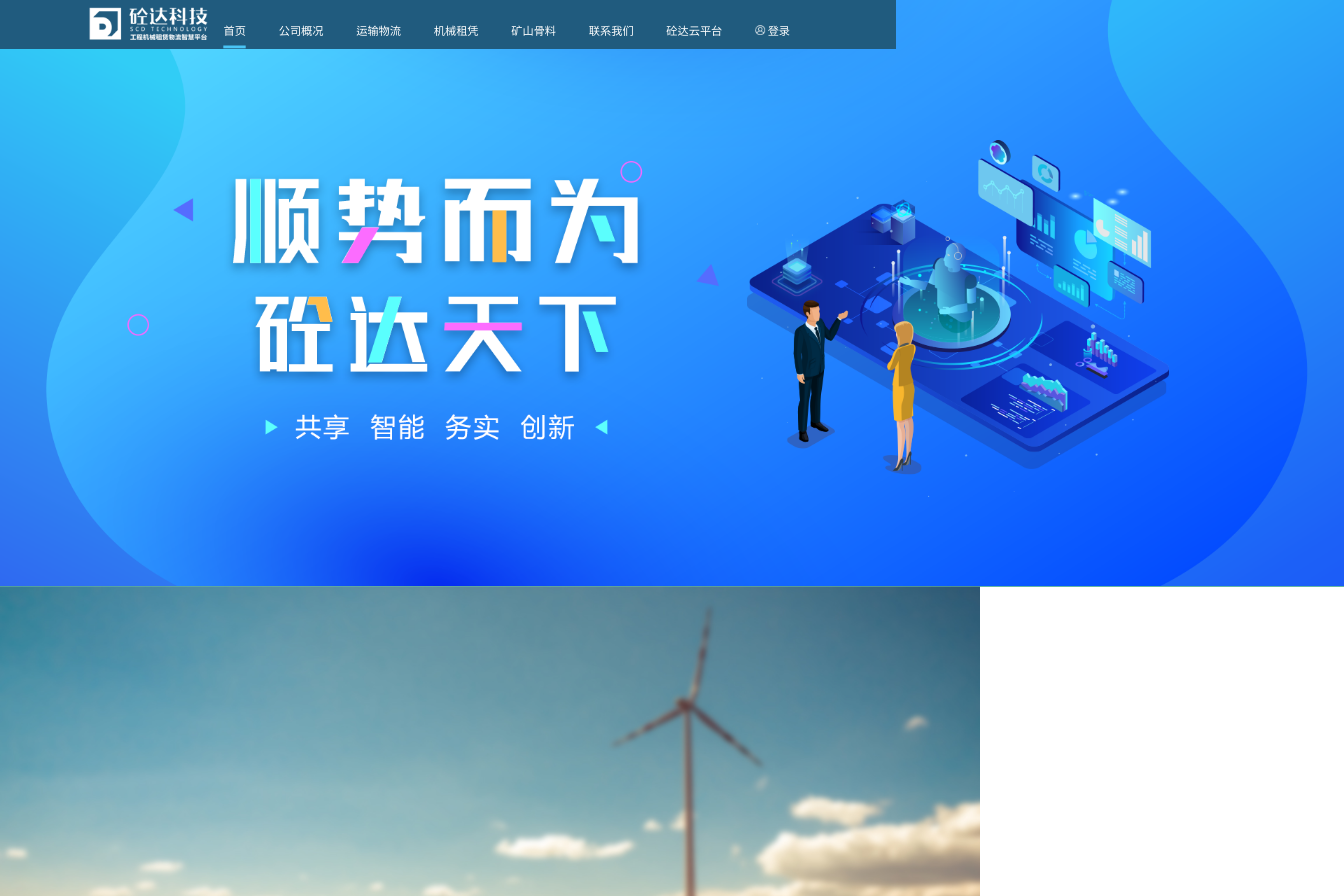
Repository: nzrdjdj/nzrdjdj.github.io
Page: index.html
An editor plug-in stored every save of this project. The page is shown before and after the next save, followed by the edit.
The browser window is 1280 px wide. The page is 1920 px wide, then 1369 px, then 1920 px, so the pictures cover 1920 px, including what lies to the right of the window. The pictures show the part of the page from y = 0 to 1280 px (the page is 4360 px tall before and 4250 px after), at 70% of full size.

Above is the page before, as saved 2021-10-09 09:58:50.

After the next save:
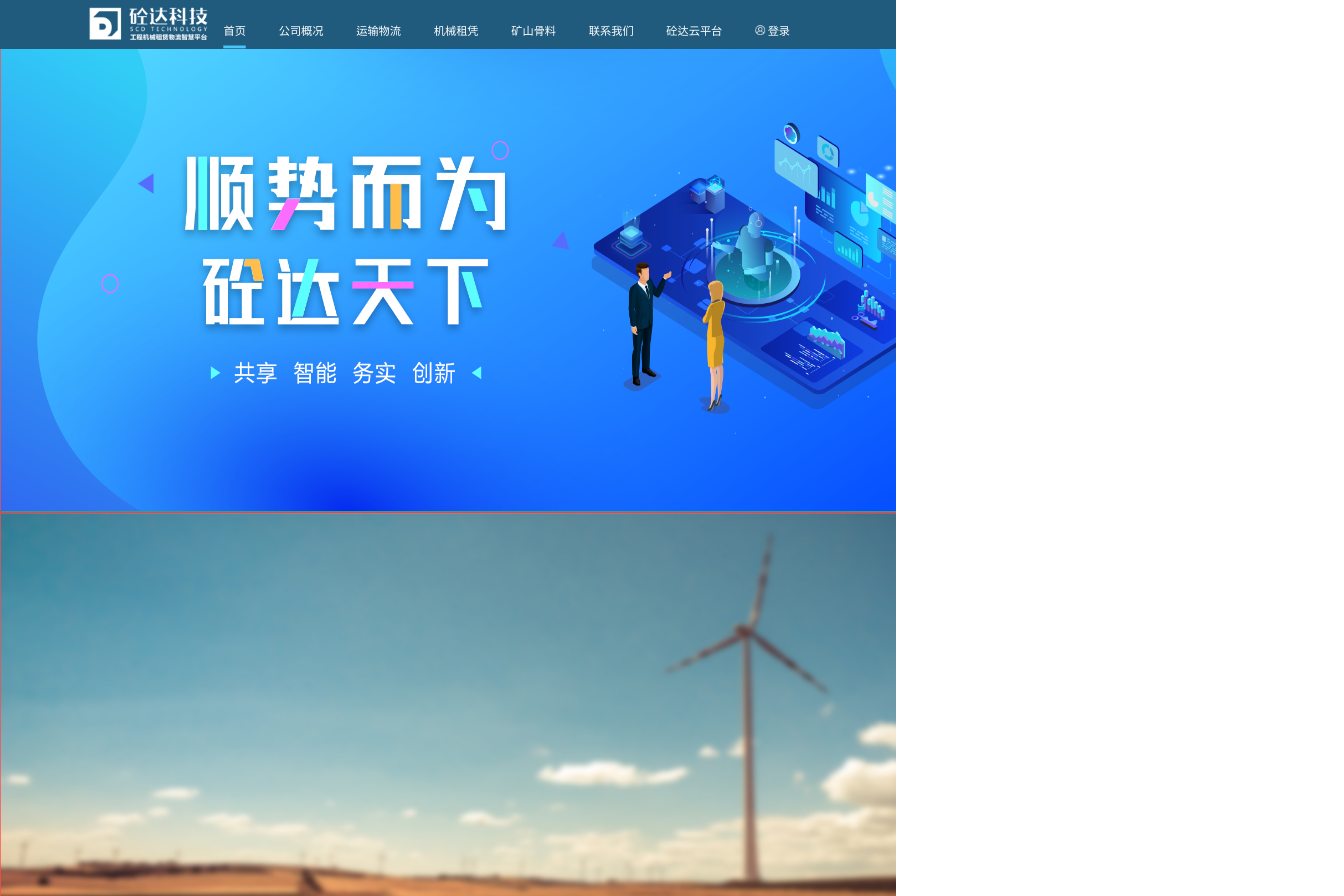
Saved 4 s later.
--- a/index.html
+++ b/index.html
@@ -81,7 +81,7 @@
 <body>
     <div class="all">
         <div class="head">
-            <div class="lunbo">
+            <div class="haed-logo" id="lunbo">
                 <div class="lunbo1" id="ab">
                     <img style="display: block;" src="./images/slider/bg1.png" alt="">
                     <img src="./images/slider/bg3.jpg" />

After the save that followed:
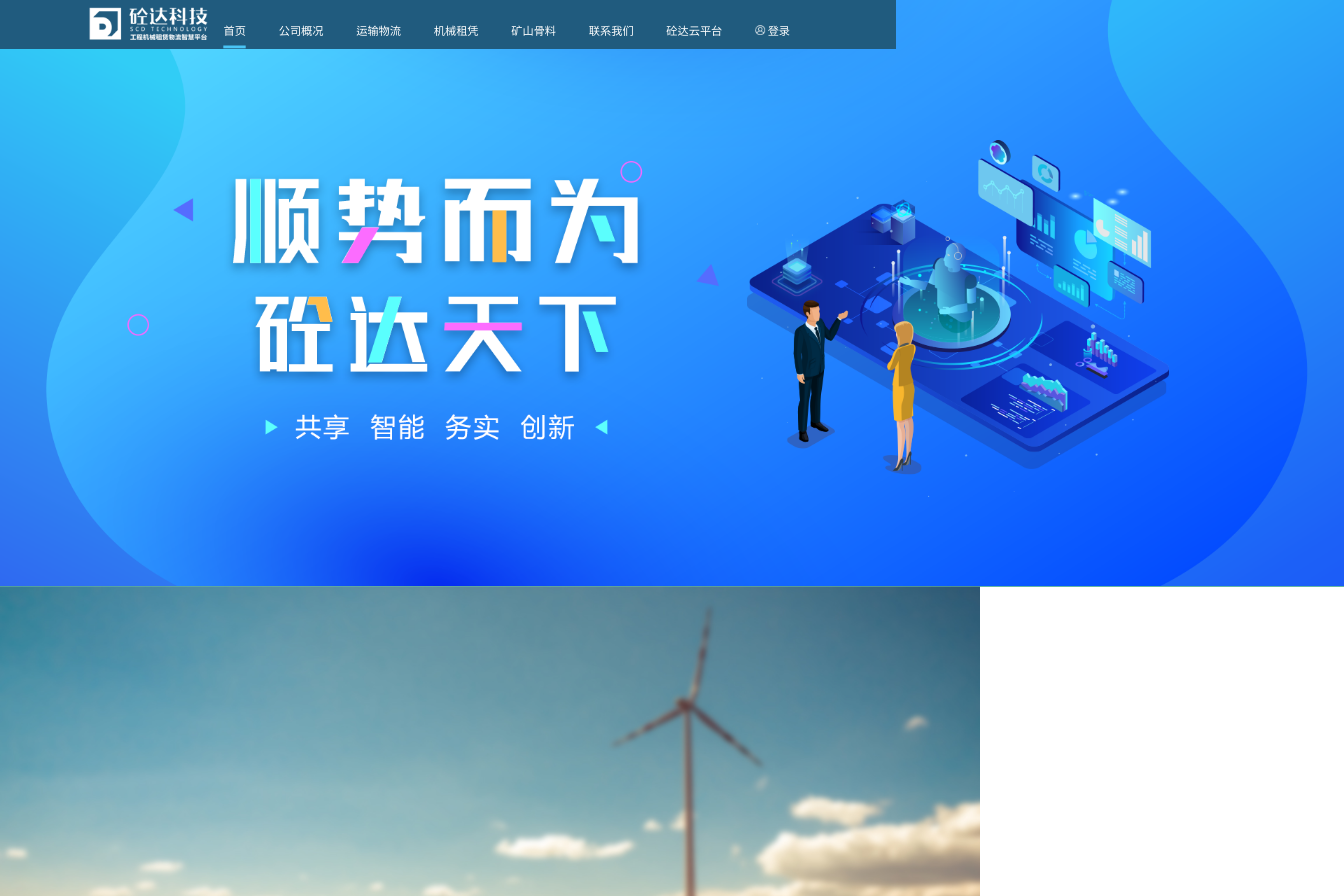
Saved 8 s later.
--- a/index.html
+++ b/index.html
@@ -81,7 +81,7 @@
 <body>
     <div class="all">
         <div class="head">
-            <div class="haed-logo" id="lunbo">
+            <div class="lunbo">
                 <div class="lunbo1" id="ab">
                     <img style="display: block;" src="./images/slider/bg1.png" alt="">
                     <img src="./images/slider/bg3.jpg" />
